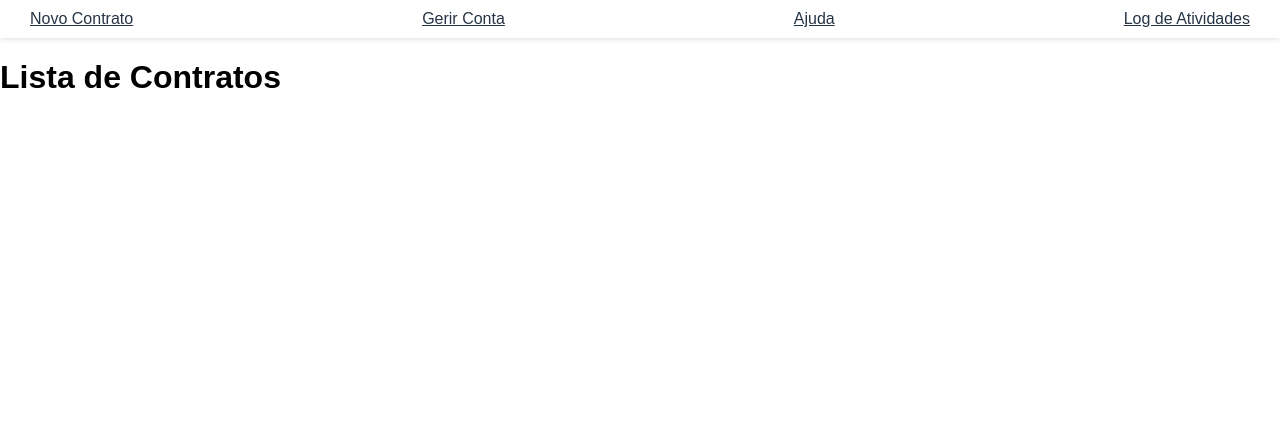
Repository: YuaneCastro/Sistema-de-Gest-o-de-Usu-rios-e-Contratos
Page: tela-principal/tela-principal.html
An editor plug-in stored every save of this project. The page is shown before and after the next save, followed by the edit.
The browser window is 1280 px wide. The pictures show the whole page.
The page's requests for data from a server got no answer.

Above is the page before, as saved 2024-06-23 10:33:24.

After the next save:
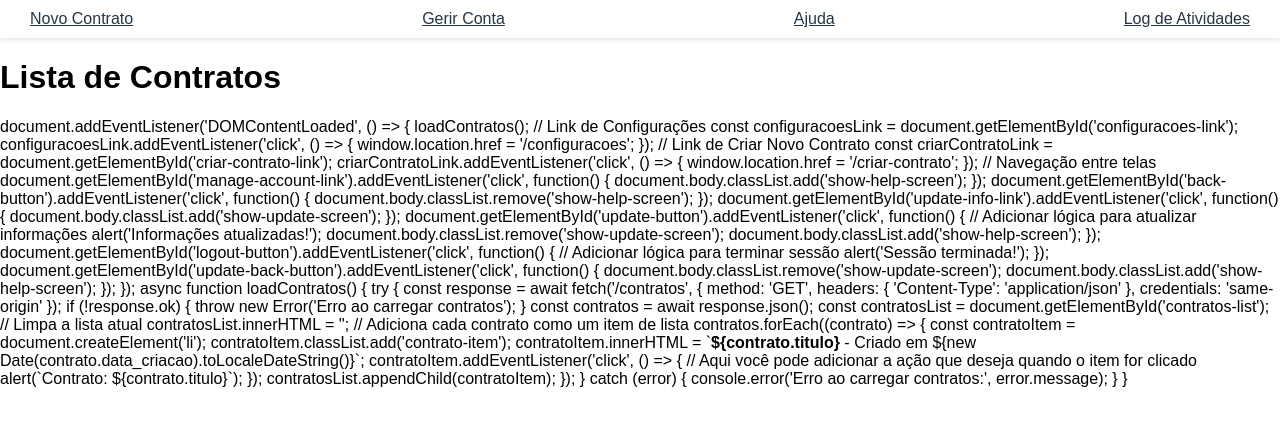
Saved 106 s later.
--- a/tela-principal/tela-principal.html
+++ b/tela-principal/tela-principal.html
@@ -73,7 +73,88 @@
     <h1>Lista de Contratos</h1>
     <ul class="contratos-list" id="contratos-list">
         <!-- Aqui serão inseridos os contratos dinamicamente -->
-    </ul>
+    </ul>document.addEventListener('DOMContentLoaded', () => {
+        loadContratos();
+
+        // Link de Configurações
+        const configuracoesLink = document.getElementById('configuracoes-link');
+        configuracoesLink.addEventListener('click', () => {
+            window.location.href = '/configuracoes';
+        });
+
+        // Link de Criar Novo Contrato
+        const criarContratoLink = document.getElementById('criar-contrato-link');
+        criarContratoLink.addEventListener('click', () => {
+            window.location.href = '/criar-contrato';
+        });
+
+        // Navegação entre telas
+        document.getElementById('manage-account-link').addEventListener('click', function() {
+            document.body.classList.add('show-help-screen');
+        });
+
+        document.getElementById('back-button').addEventListener('click', function() {
+            document.body.classList.remove('show-help-screen');
+        });
+
+        document.getElementById('update-info-link').addEventListener('click', function() {
+            document.body.classList.add('show-update-screen');
+        });
+
+        document.getElementById('update-button').addEventListener('click', function() {
+            // Adicionar lógica para atualizar informações
+            alert('Informações atualizadas!');
+            document.body.classList.remove('show-update-screen');
+            document.body.classList.add('show-help-screen');
+        });
+
+        document.getElementById('logout-button').addEventListener('click', function() {
+            // Adicionar lógica para terminar sessão
+            alert('Sessão terminada!');
+        });
+
+        document.getElementById('update-back-button').addEventListener('click', function() {
+            document.body.classList.remove('show-update-screen');
+            document.body.classList.add('show-help-screen');
+        });
+    });
+
+    async function loadContratos() {
+        try {
+            const response = await fetch('/contratos', {
+                method: 'GET',
+                headers: {
+                    'Content-Type': 'application/json'
+                },
+                credentials: 'same-origin'
+            });
+
+            if (!response.ok) {
+                throw new Error('Erro ao carregar contratos');
+            }
+
+            const contratos = await response.json();
+            const contratosList = document.getElementById('contratos-list');
+
+            // Limpa a lista atual
+            contratosList.innerHTML = '';
+
+            // Adiciona cada contrato como um item de lista
+            contratos.forEach((contrato) => {
+                const contratoItem = document.createElement('li');
+                contratoItem.classList.add('contrato-item');
+                contratoItem.innerHTML = `<strong>${contrato.titulo}</strong> - Criado em ${new Date(contrato.data_criacao).toLocaleDateString()}`;
+                contratoItem.addEventListener('click', () => {
+                    // Aqui você pode adicionar a ação que deseja quando o item for clicado
+                    alert(`Contrato: ${contrato.titulo}`);
+                });
+                contratosList.appendChild(contratoItem);
+            });
+        } catch (error) {
+            console.error('Erro ao carregar contratos:', error.message);
+        }
+    }
+
     <script src="script-principal.js"></script>
 </body>
 </html>

After the save that followed:
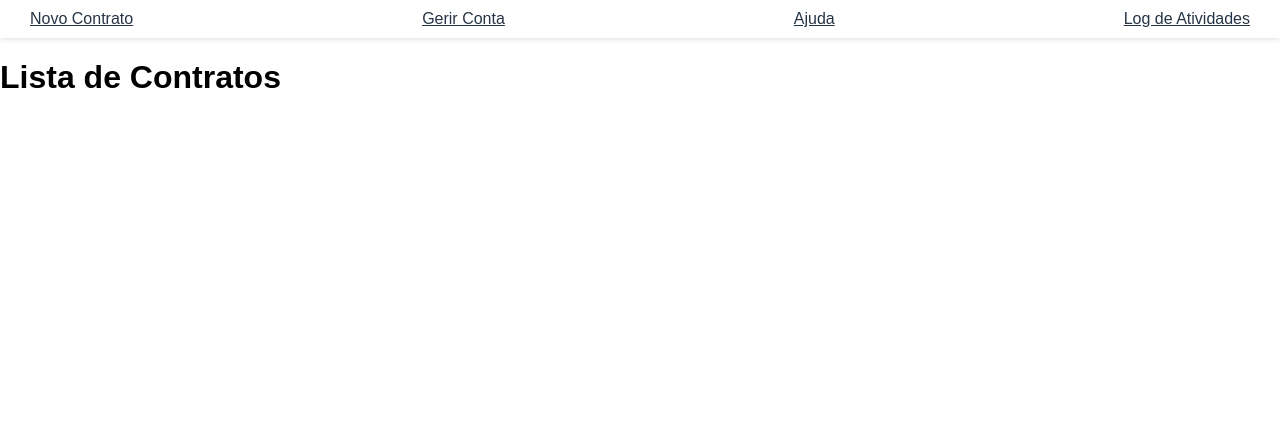
Saved 6 s later.
--- a/tela-principal/tela-principal.html
+++ b/tela-principal/tela-principal.html
@@ -73,88 +73,7 @@
     <h1>Lista de Contratos</h1>
     <ul class="contratos-list" id="contratos-list">
         <!-- Aqui serão inseridos os contratos dinamicamente -->
-    </ul>document.addEventListener('DOMContentLoaded', () => {
-        loadContratos();
-
-        // Link de Configurações
-        const configuracoesLink = document.getElementById('configuracoes-link');
-        configuracoesLink.addEventListener('click', () => {
-            window.location.href = '/configuracoes';
-        });
-
-        // Link de Criar Novo Contrato
-        const criarContratoLink = document.getElementById('criar-contrato-link');
-        criarContratoLink.addEventListener('click', () => {
-            window.location.href = '/criar-contrato';
-        });
-
-        // Navegação entre telas
-        document.getElementById('manage-account-link').addEventListener('click', function() {
-            document.body.classList.add('show-help-screen');
-        });
-
-        document.getElementById('back-button').addEventListener('click', function() {
-            document.body.classList.remove('show-help-screen');
-        });
-
-        document.getElementById('update-info-link').addEventListener('click', function() {
-            document.body.classList.add('show-update-screen');
-        });
-
-        document.getElementById('update-button').addEventListener('click', function() {
-            // Adicionar lógica para atualizar informações
-            alert('Informações atualizadas!');
-            document.body.classList.remove('show-update-screen');
-            document.body.classList.add('show-help-screen');
-        });
-
-        document.getElementById('logout-button').addEventListener('click', function() {
-            // Adicionar lógica para terminar sessão
-            alert('Sessão terminada!');
-        });
-
-        document.getElementById('update-back-button').addEventListener('click', function() {
-            document.body.classList.remove('show-update-screen');
-            document.body.classList.add('show-help-screen');
-        });
-    });
-
-    async function loadContratos() {
-        try {
-            const response = await fetch('/contratos', {
-                method: 'GET',
-                headers: {
-                    'Content-Type': 'application/json'
-                },
-                credentials: 'same-origin'
-            });
-
-            if (!response.ok) {
-                throw new Error('Erro ao carregar contratos');
-            }
-
-            const contratos = await response.json();
-            const contratosList = document.getElementById('contratos-list');
-
-            // Limpa a lista atual
-            contratosList.innerHTML = '';
-
-            // Adiciona cada contrato como um item de lista
-            contratos.forEach((contrato) => {
-                const contratoItem = document.createElement('li');
-                contratoItem.classList.add('contrato-item');
-                contratoItem.innerHTML = `<strong>${contrato.titulo}</strong> - Criado em ${new Date(contrato.data_criacao).toLocaleDateString()}`;
-                contratoItem.addEventListener('click', () => {
-                    // Aqui você pode adicionar a ação que deseja quando o item for clicado
-                    alert(`Contrato: ${contrato.titulo}`);
-                });
-                contratosList.appendChild(contratoItem);
-            });
-        } catch (error) {
-            console.error('Erro ao carregar contratos:', error.message);
-        }
-    }
-
+    </ul>
     <script src="script-principal.js"></script>
 </body>
 </html>
